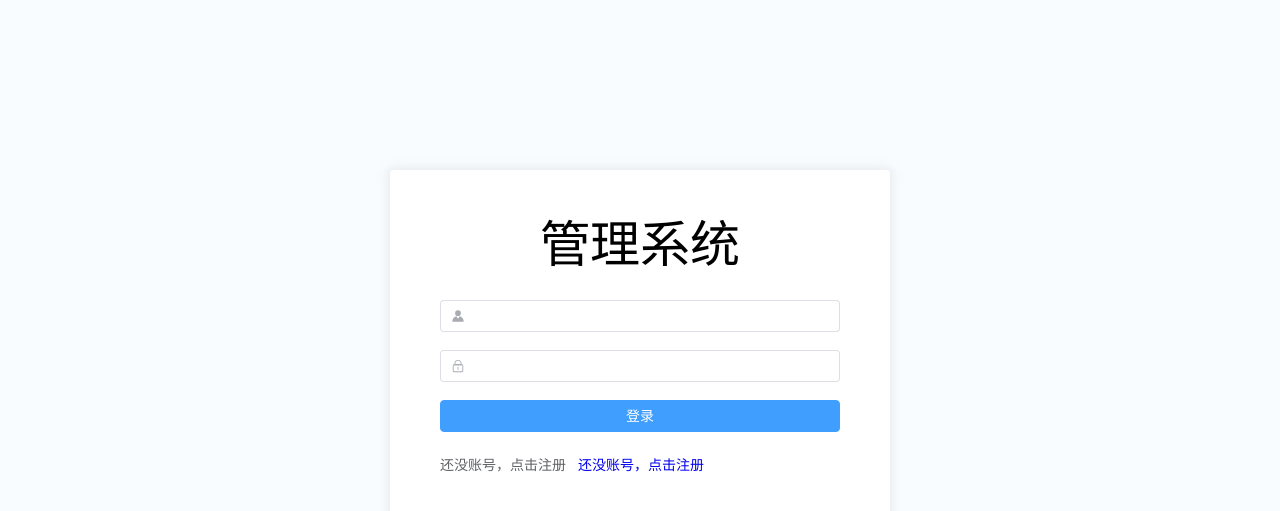
Repository: Harmony-camp/ckw-manager
Page: / (app in manage/)
These files come from the project's save history. The page is drawn as it stood at one moment and after the next save; the edit follows.
The browser window is 1280 px wide. The pictures show the whole page.
The page's requests for data from a server got no answer. The project was rebuilt for these pictures with package versions that can differ from the ones it lists, and the page was loaded fresh each time. No one was signed in, and anything a server would have sent is missing. Also part of the build but not shown: manage/vite.config.js.

Above is the page before, as saved 2023-05-26 15:05:36.

### manage/src/main.js
import { createApp } from 'vue'
import router from './router'
import ElementPlus from 'element-plus'
import 'element-plus/dist/index.css'
import App from './App.vue'
import store from './store'
import * as ELIcons from '@element-plus/icons-vue'
import storage from './utils/storage'

const app = createApp(App)

app.directive("has",{
	beforeMount:(el,binding)=>{

		let actionList = storage.getItem("actionList")
		let value = binding.value
		let hasPermission = actionList.includes(value)
		if(!hasPermission){
			el.style="display:none"
			setTimeout(()=>{
				el.parentNode.removeChild(el)
			},0)
		}
	}
})

for (let iconName in ELIcons) {
	app.component(iconName, ELIcons[iconName])
}

app.use(router).use(store).use(ElementPlus).mount('#app')

### manage/src/router/index.js
import { createRouter, createWebHashHistory } from 'vue-router'
import { defineAsyncComponent } from 'vue'

import storage from '../utils/storage'
import {getPermissionList} from '../api'
import utils from '../utils/utils'

const routes = [
  {
    name: "home",
    path: "/",
    component: ()=>import("../components/Home.vue"),
    redirect: "Welcome",
    meta: {
      title: "首页"
    },
    children: [
      {
        name: "welcome",
        path: "/welcome",
        meta: {
          title: "欢迎使用本系统"
        },
        component: () => import("../views/Welcome.vue")
      },
      {
        name: "profile",
        path: "/profile",
        redirect: "analysis",
        meta: {
          title: "个人中心"
        },
        component: () => import("../views/profile/index.vue"),
        children:[
          {
            name: "analysis",
            path: "/profile/analysis",
            meta: {
              title: "个人整体分析"
            },
            component: () => import("../views/profile/Analysis.vue"),
          },
          {
            name: "award-time",
            path: "/profile/award-time",
            meta: {
              title: "获奖时间"
            },
            component: () => import("../views/profile/AwardTime.vue"),
          },
        ]
      },
    ]
  },

  {
    name: "login",
    path: "/login",
    meta: {
      title: "登录"
    },
    component: () => import("../views/login/Login.vue")
  },
  {
    name: "register",
    path: "/register",
    meta: {
      title: "注册"
    },
    component: () => import("../views/login/Register.vue")
  },

  {
    name: "404",
    path: "/404",
    meta: {
      title: "页面不存在"
    },
    component: () => import("../views/login/404.vue")
  },

]

const router = createRouter({
  history: createWebHashHistory(),
  routes
})

async function loadAsyncRoutes(){
  let userinfo  = storage.getItem("userinfo") || {}
  if(userinfo.token){
    try{
      const {menuList} =  await getPermissionList()
      let routes = utils.generateRoute(menuList)
      routes.map(route=>{
        let url = `../views/${route.component}.vue`
        route.component =  ()=>import(/* @vite-ignore */url)
        router.addRoute("home",route)
      })
    }catch(error){
      console.log('error :>> ', error);
    }
  }
}

await loadAsyncRoutes()
function checkPermission(path){
  let routes =[]
  router.getRoutes().forEach(item=>{
    routes.push(item.path)
  })
  return routes.includes(path)
}

router.beforeEach((to,form,next)=>{
  if(checkPermission(to.path) || to.path =="/"){
    document.title = to.meta.title
    next()
  }else{
    next("/404")
  }
})

export default router

### manage/src/App.vue
<template>
  <router-view></router-view>
</template>

<script setup>

</script>

<style lang="scss">
@import './assets/style/reset.css';
@import './assets/style/index.scss';
</style>

### manage/src/store/index.js
/**
 * vuex状态管理
 */
import {createStore} from 'vuex'
import mutations from './mutations'
import storage from '../utils/storage'

const state = {
  userinfo:storage.getItem("userinfo") || {},
  menuLit:storage.getItem("menuList") || [],
  actionList :storage.getItem("actionListList") || [],
  noticeCount:0
}

export default createStore({
  state,
  mutations
})

### manage/src/utils/storage.js
/**
 * Storage二次封装
 * @author yyy
 */
import config from "../config"

export default{
  setItem(key,val){
    let storage = this.getStorage()
    storage[key] = val
    window.localStorage.setItem(config.namespace,JSON.stringify(storage))
  },
  getItem(key){
    return this.getStorage()[key]
  },
  getStorage(){
    return JSON.parse( window.localStorage.getItem(config.namespace )|| "{}")
  },
  clearItem(key){
    let storage = this.getStorage()
    delete storage[key]
    window.localStorage.setItem(config.namespace,JSON.stringify(storage))
  },
  clearAll(){
    window.localStorage.clear()
  },
}

### manage/src/api/index.js
/**
 * api管理
 */

import request from "../utils/request"

/**
 * 用户登录
 * @param {Object} params
 * @returns
 */
export  const UserLogin = (params)=>{
  return request({
      url:"/users/login",
      method:"post",
      data:params,
    })
  }

/**
 * 获取是否有信息需要处理
 * @param {Object} params
 * @returns
 */
export  const NoticeCount = (params)=>{
  return request({
    url:"/leave/count",
    method:"get",
    data:params,
    // mock:true
  })
}

/**
 * 获取菜单
 * @returns
 */
export  const MenuList = (params)=>{
  return request({
    url:"/menu/list",
    method:"get",
    data:params,
    // mock:true
  })
}

/**
 * 获取用户列表
 * @param {Object} params
 * @returns
 */

export  const GetUserList = (params)=>{
  return request({
    url:"/users/list",
    method:"get",
    data:params,
  })
}
export  const GetAllUserList = ()=>{
  return request({
    url:"/users/all/list",
    method:"get",
    // mock:true
  })
}
/**
 * 删除用户，可批量删除
 * @param {Array} params
 * @returns
 */
export  const UserDelete = (params)=>{
  return request({
    url:"/users/delete",
    method:"post",
    data:params,
    // mock:true
  })
}
/**
 * 获取角色信息
 * @returns
 */
export  const GetRoleAllList = ()=>{
  return request({
    url:"/roles/allList",
    method:"get",
    data:{},
    // mock:true
  })
}
export  const GetRoleList = (param)=>{
  return request({
    url:"/roles/list",
    method:"get",
    data:param,
    // mock:true
  })
}
/**
 * 获取部门信息
 * @returns
 */
export  const GetDeptList = (params)=>{
  return request({
    url:"/dept/list",
    method:"get",
    data:params,
    // mock:true
  })
}

/**
 * 角色增删改查
 * @param {Object} params
 * @returns
 */
export  const UserSubmit = (params)=>{
  return request({
    url:"/users/operate",
    method:"post",
    data:params,
    // mock:true
  })
}
/**
 * 菜单操作
 * @param {Object} params
 * @returns
 */
export  const MenuSubmit = (params)=>{
  return request({
    url:"/menu/operate",
    method:"post",
    data:params,
    // mock:true
  })
}

export  const RoleOperate = (params)=>{
  return request({
    url:"/roles/operate",
    method:"post",
    data:params,
    // mock:true
  })
}
export  const DeptOperate = (params)=>{
  return request({
    url:"/dept/operate",
    method:"post",
    data:params,
    // mock:true
  })
}
export  const UpdatePermission = (params)=>request({
    url:"/roles/update/permission",
    method:"post",
    data:params,
    // mock:true
})



export const getPermissionList = ()=>request.get("/users/getPermissionList")
export const GetApplyList  = params=>request.get("/leave/list",params,{mock:false})
export const LeaveOperate  = params=>request.post("/leave/operate",params,{mock:false})
export const LeaveApprove  = params=>request.post("/leave/approve",params,{mock:false})

export const dataToTestify  = params=>request.post("/teacher/createTestify",params)

//获取注册页面角色
export const getRegisterRoleList = params=>request.get("/roles/allList",params)

//获取模块分类排序数据
export const querySortList = params=>request.get("/teacher/query",params)

export const GetTeacherlList = params=>request.get("/teacher/list",params)
export const GetTeacherApprovallList = params=>request.get("/teacher/approvalList",params)

### manage/src/utils/utils.js
/**
 * 工具函数封装
 */
import {GetTeacherlList} from '../api'
export default{
  formateDate(date,rule){
    let fmt = rule || 'MM-dd hh:mm:ss'

    const o = {

      "M+":date.getMonth(),
      "d+":date.getDate(),
      "h+":date.getHours(),
      "m+":date.getMinutes(),
      "s+":date.getSeconds(),

    }
    for(let key in o){
      if(new RegExp(`(${key})`).test(fmt)){
        const val = o[key] + ''
        fmt =  fmt.replace(RegExp.$1,RegExp.$1.length==1?val:('00'+val).substring(val.length))
      }
    }
    return date.getFullYear()+"-" + fmt
  },
  generateRoute(menuList){
    let routes = []

    const deepList = (list)=>{
      while(list.length){
        let item = list.pop()
        if(item.action){
          routes.push({
            name:item.menuName,
            path:item.path,
            meta:{
              title:item.menuName
            },
            component:item.component
          })

        }
        if(item.children && !item.action){
          deepList(item.children)
        }
      }
    }
    deepList(menuList)
    return routes
  },
  async getTeacherApprovalList(action,userId){

    let res = await GetTeacherlList({action,userId})
    return res
  }
}

### manage/src/views/login/Login.vue
<template>
  <div class="login-wrapper">
    <div class="modal">
      <el-form :model="user" status-icon :rules="rules" ref="userForm">
        <div class="title">管理系统</div>
        <el-form-item prop="username">
          <el-input type="text" :prefix-icon="Avatar" v-model="user.username"/>
        </el-form-item>
        <el-form-item prop="password">
          <el-input type="password" :prefix-icon="Lock" v-model="user.password"/>
        </el-form-item>
        <el-form-item>
          <el-button class="btn-login" type="primary" @click="login">登录</el-button>
        </el-form-item>
        <el-form-item label="还没账号，点击注册">
          <router-link to="/register">还没账号，点击注册</router-link>
        </el-form-item>
      </el-form>
    </div>
  </div>
</template>

<script setup>
import { useRouter } from "vue-router";
import { Avatar, Lock } from "@element-plus/icons-vue";
import {ref,nextTick} from 'vue'
import { useStore } from "vuex";
import {UserLogin,getPermissionList} from '../../api'
import utils from '../../utils/utils'
import storage from '../../utils/storage'

const router = useRouter()
const store = useStore()
const user = ref({
  username:"",
  password:""
})
const rules = ref({
  username:[
    {required:true,message:"请输入用户名",trigger:"blur"}
  ],
  password:[
    {required:true,message:"请输入密码",trigger:"blur"}
  ],
})
const userForm = ref(null)

const login = ()=>{
  userForm.value.validate(valid=>{
    if(valid){
      UserLogin(user.value).then(async res=>{
        console.log(res);
        store.commit("saveUserInfo",res)
        await loadAsyncRoutes()
        nextTick(()=>{
          router.push("/welcome")
        })
      })
    }else{
      return false
    }
  })
}
async function loadAsyncRoutes(){
  let userinfo  = storage.getItem("userinfo") || {}
  if(userinfo.token){
    try{
      const {menuList} =  await getPermissionList()
      let routes = utils.generateRoute(menuList)
      routes.map(route=>{
        let url = `../${route.component}.vue`
        route.component =  ()=>import(/* @vite-ignore */url)
        router.addRoute("home",route)
      })
    }catch(error){
      console.log('error :>> ', error);
    }
  }
}

</script>

<style lang="scss">
.login-wrapper{
  display: flex;
  justify-content: center;
  align-items: center;
  background-color: #f9fcff;
  width: 100vw;
  height: 100vh;
  .modal{
    width: 500px;
    padding: 50px;
    background-color: #fff;
    border-radius: 4px ;
    box-shadow: 0px 0px 10px 3px #c7c9cb4d;
    .title{
      font-size: 50px;
      line-height: 50px;
      text-align: center;
      margin-bottom: 30px;
    }
    .btn-login{
      width: 100%;
    }
  }
}
</style>

### manage/src/views/login/404.vue


<template>
  <div class="exception">
    <img src="../../assets/images/404.jpeg" alt="">
    <el-button @click="goHome">回首页</el-button>
  </div>
</template>

<script setup>
import {useRouter} from 'vue-router'
import {MenuList} from '../../api'
const router = useRouter()

function goHome(){  router.push("/welcome")
}
MenuList().then().catch(err=>{router.push("/login")})
</script>

<style lang="scss" >
.exception{
  position: relative;
  img{
    width: 100%;
    height: 99vh;
  }
  .el-button{
    position: fixed;
    bottom: 100px;
    left: 50%;
    margin-left: -34px;
  }
}

</style>

### manage/src/assets/style/index.scss
html, body {
  height: 100%;
  width: 100%;
}
*:not([class^='el-']) {
  box-sizing: border-box;
}
.white{
  background-color: #ffffff;
}
a{
  text-decoration: none;
}
.gray{
  background-color: #eef0f3;
}
.mr10{
  margin-right: 10px;
}
.mr20{
  margin-right: 20px;
}
.mb20{
  margin-bottom: 20px;
}
.m-lr10{
  margin-left: 10px;
  margin-right: 10px;
}
.p20{
  padding: 20px;
}
.pl20{
  padding-left: 20px;
}
.text-right{
  text-align: right;
}
.fr{
  float: right;
}
.flex{
  display: flex;
}
.flex-between{
  display: flex;
  justify-content: space-between;
}
.flex-center{
  display: flex;
  justify-content: center;
}
.tips{
  margin-left: 15px;
  color: #787878;
}


/*
* 公共样式
*/
.query-form {
  background-color: #ffffff;
  padding: 22px 20px 0;
  border-radius: 5px;
}
.base-table {
  border-radius: 5px;
  background: #ffffff;
  margin-top: 20px;
  margin-bottom: 20px;
  .action {
    border-radius: 5px 5px 0px 0px;
    background: #ffffff;
    padding: 20px;
    border-bottom: 1px solid #ece8e8;
  }
  .el-pagination{
     justify-content: flex-end;
     padding-right: 20px;
     padding-top: 20px;
     padding-bottom: 5px;
  }

}

### manage/src/store/mutations.js
/**
 * Mutations业务层数据提交
 */


import storage from "../utils/storage";

export default {
  saveUserInfo(state,userinfo){
    state.userinfo = userinfo;
    storage.setItem("userinfo",userinfo)
  },
  saveMenuList(state,menuList){
    state.menuList = menuList;
    storage.setItem("menuList",menuList)
  },
  saveActionList(state,actionList){
    state.actionList = actionList;
    storage.setItem("actionList",actionList)
  },
  saveNoticeCount(state,noticeCount){
    state.noticeCount = noticeCount;
    storage.setItem("noticeCount",noticeCount)
  },
}

### manage/src/config/index.js

const env = import.meta.env.MODE || "prod";

const EnvConfig = {
  dev:{
    baseApi:"/api",
    mockApi:"https://www.fastmock.site/mock/fa4c18963ab634ec12a063962937ba52/api"
  },
  test:{
    baseApi:"https://www.fastmock.site/mock/fa4c18963ab634ec12a063962937ba52/api",
    mockApi:"https://www.fastmock.site/mock/fa4c18963ab634ec12a063962937ba52/api"
  },
  prod:{
    baseApi:"/api",
    mockApi:"https://www.fastmock.site/mock/fa4c18963ab634ec12a063962937ba52/api"
  }
}

export default{
  env:"dev",
  mock:false,
  namespace:'manage',
  ...EnvConfig[env]
}

### manage/src/utils/request.js
/**
 * axios二次封装
 */

import axios from 'axios'
import {ElMessage} from 'element-plus'
import router from '../router'
import config from '../config'
import storage from './storage'
const TOKEN_INVALID = "token认证失败，请从新登陆"
const NETWORK_ERROR = "网络请求异常，请稍后重试"

//TODO axios实例对象，添加全局配置
const service = axios.create({
  baseURL:config.baseApi,
  timeout:8000
})


service.interceptors.request.use(req=>{

  //TODO 封装请求拦截
  const headers = req.headers;
  const {token} = storage.getItem("userinfo") || {}
  if(!headers.Authorization) headers.Authorization = "Bearer "  + token
  return req

})


service.interceptors.response.use(res=>{
  const {code,data,msg} = res.data;
  if(code === 200) return data;
  else if(code === 50001){
    ElMessage.error(TOKEN_INVALID)
    setTimeout(()=>{
      router.push('/login')
      return Promise.reject(TOKEN_INVALID)
    },1500)
  }else{
    ElMessage.error(msg|| NETWORK_ERROR)
    return Promise.reject(msg||NETWORK_ERROR)
  }

})


/**
 * 请求核心参数
 * @param {*} options 请求配置
 * @returns
 */

function request(options){
  options.method = options.method || "get"
  if(options.method.toLowerCase() === 'get'){
    options.params = options.data;
  }
  let isMock  = config.mock
  if(typeof options.mock != "undefined") isMock = options.mock
  if(config.env === 'prod'){
    service.defaults.baseURL = config.baseApi
  }else{
    service.defaults.baseURL = isMock? config.mockApi:config.baseApi
  }
  return service(options)
}

["get","post","put","delete",'patch'].forEach(item=>{
  request[item] = (url,data,options)=>{
    return request({
      url,
      data,
      method:item,
      ...options
    })
  }
})

export default request

Loaded but not shown: manage/index.html (common file); manage/src/assets/style/reset.css (common file)

After the next save:
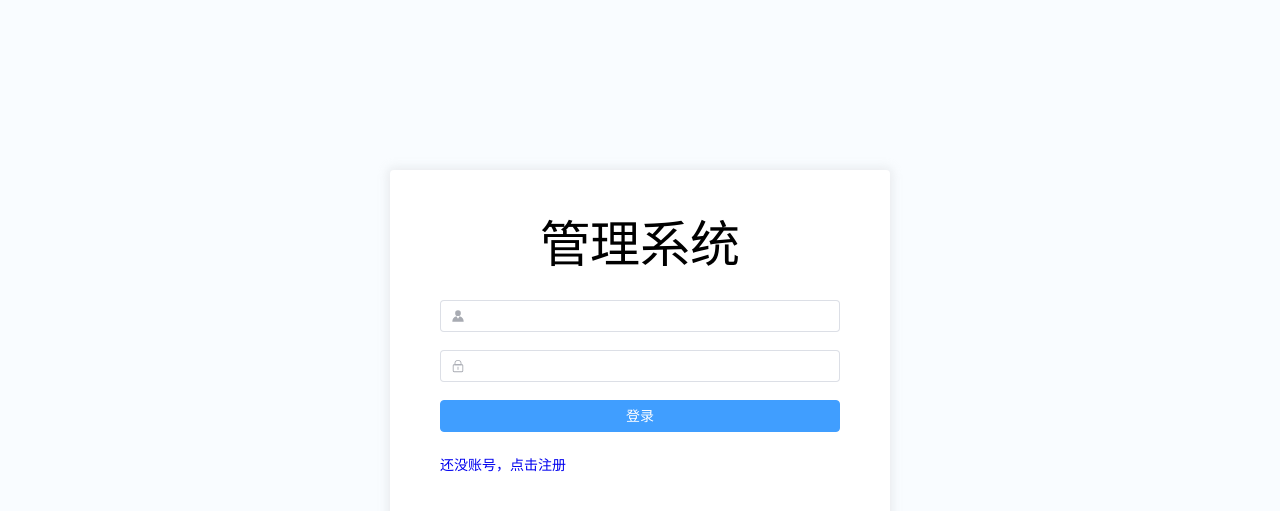
Saved 6 s later.
--- a/manage/src/views/login/Login.vue
+++ b/manage/src/views/login/Login.vue
@@ -12,7 +12,7 @@
         <el-form-item>
           <el-button class="btn-login" type="primary" @click="login">登录</el-button>
         </el-form-item>
-        <el-form-item label="还没账号，点击注册">
+        <el-form-item >
           <router-link to="/register">还没账号，点击注册</router-link>
         </el-form-item>
       </el-form>
